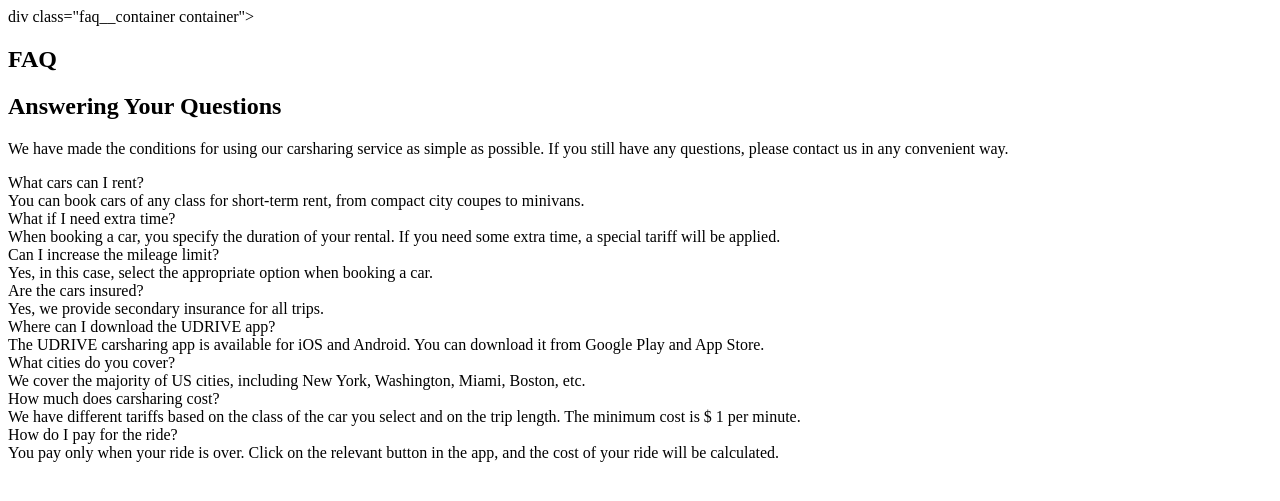
Repository: sanyathecreator/udrive-carsharing
Page: index.faq.partial.html
An editor plug-in stored every save of this project. The page is shown before and after the next save, followed by the edit.
The browser window is 1280 px wide. The pictures show the whole page.

Above is the page before, as saved 2025-09-11 01:40:42.

### index.faq.partial.html
<section class ="faq">
  div class="faq__container container">
  <h1 class ="faq __title">FAQ</h1>
  <h2 class ="faq __subtitle">Answering Your Questions</h2>
  <p class ="faq __text">We have made the conditions for using our carsharing service as simple as possible. If you still have any questions, please contact us in any convenient way.</p>
  <div class="faq__grid">
    <div class="faq__item">
      <div class="faq__q">What cars can I rent?</div>
      <div class="faq__a">
        You can book cars of any class for short-term rent, from compact city
        coupes to minivans.
      </div>
    </div>

    <div class="faq__item">
      <div class="faq__q">What if I need extra time?</div>
      <div class="faq__a">
        When booking a car, you specify the duration of your rental. If you need
        some extra time, a special tariff will be applied.
      </div>
    </div>

    <div class="faq__item">
      <div class="faq__q">Can I increase the mileage limit?</div>
      <div class="faq__a">
        Yes, in this case, select the appropriate option when booking a car.
      </div>
    </div>

    <div class="faq__item">
      <div class="faq__q">Are the cars insured?</div>
      <div class="faq__a">
        Yes, we provide secondary insurance for all trips.
      </div>
    </div>

    <div class="faq__item">
      <div class="faq__q">Where can I download the UDRIVE app?</div>
      <div class="faq__a">
        The UDRIVE carsharing app is available for iOS and Android. You can
        download it from Google Play and App Store.
      </div>
    </div>

    <div class="faq__item">
      <div class="faq__q">What cities do you cover?</div>
      <div class="faq__a">
        We cover the majority of US cities, including New York, Washington,
        Miami, Boston, etc.
      </div>
    </div>

    <div class="faq__item">
      <div class="faq__q">How much does carsharing cost?</div>
      <div class="faq__a">
        We have different tariffs based on the class of the car you select and
        on the trip length. The minimum cost is $ 1 per minute.
      </div>
    </div>

    <div class="faq__item">
      <div class="faq__q">How do I pay for the ride?</div>
      <div class="faq__a">
        You pay only when your ride is over. Click on the relevant button in the
        app, and the cost of your ride will be calculated.
      </div>
    </div>
  </div>
</section>

After the next save:
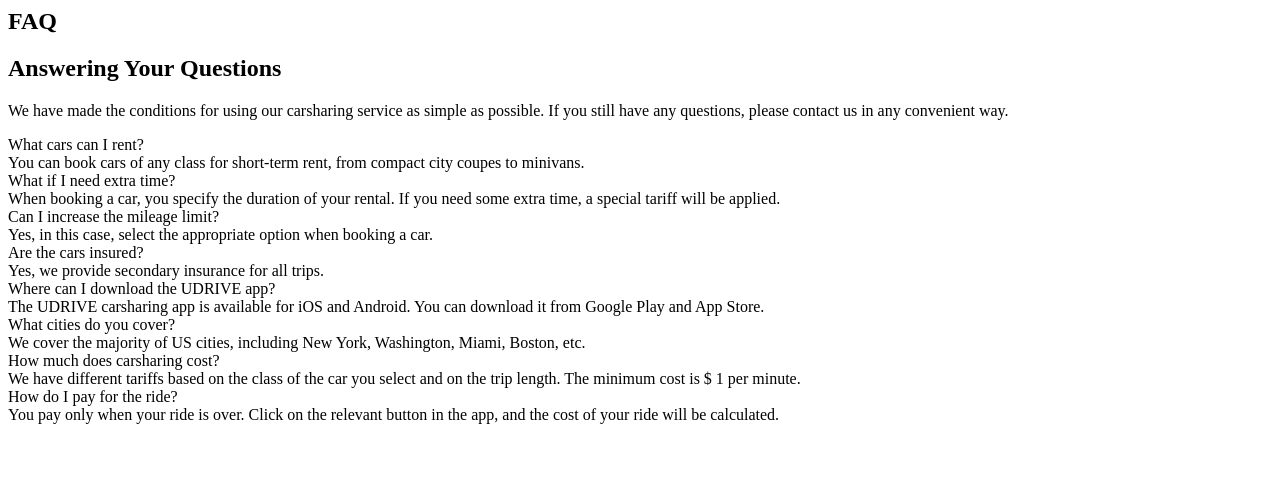
Saved 41 s later.
--- a/index.faq.partial.html
+++ b/index.faq.partial.html
@@ -1,5 +1,5 @@
 <section class ="faq">
-  div class="faq__container container">
+  <div class="faq__container container">
   <h1 class ="faq __title">FAQ</h1>
   <h2 class ="faq __subtitle">Answering Your Questions</h2>
   <p class ="faq __text">We have made the conditions for using our carsharing service as simple as possible. If you still have any questions, please contact us in any convenient way.</p>
